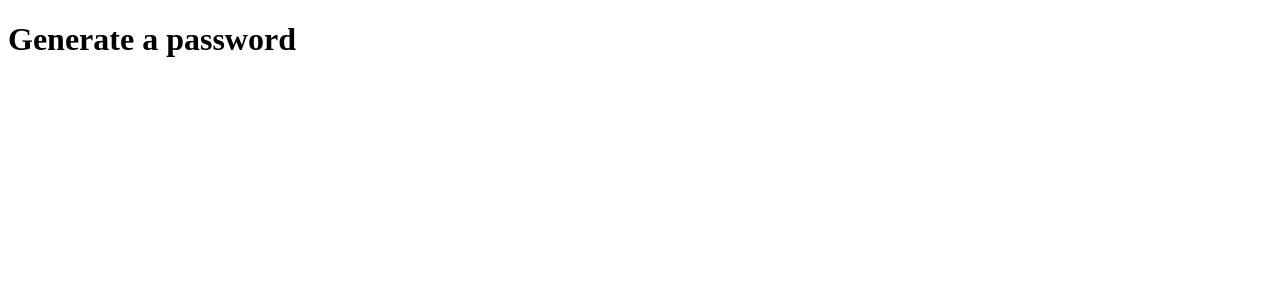
Repository: YAAMAR/password-generator
Page: Random password/index.html
The author's editor kept a copy of each file at every save. The page is drawn from the files as they stood at one save, then again after a run of saves.
The browser window is 1280 px wide. The pictures show the whole page.

Above is the page before, as saved 2024-05-02 18:47:12.

### Random password/index.html
<!DOCTYPE html>
<html lang="en">
<head>
    <meta charset="UTF-8">
    <meta name="viewport" content="width=device-width, initial-scale=1.0">
    <title>Random Password Generator-Easy Tutorials</title>
    <link rel="stylesheet" href="style.css">
</head>
<body>
    <div class="container">
        <h1>Generate a password</h1>
    </div>
</body>
</html>

Loaded but not shown: Random password/style.css (no stored copy; drawn as an empty file)

After the next 2 saves:
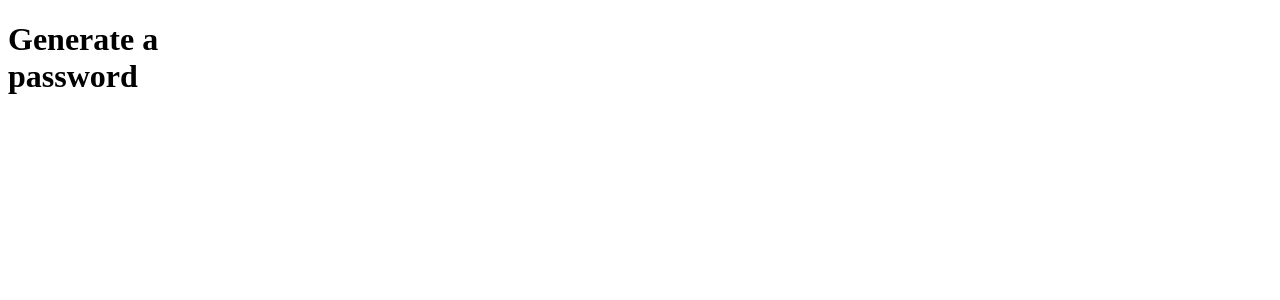
The 2 saves are shown as one change because they came seconds apart.
The last was saved 24 s later.
--- a/Random password/index.html
+++ b/Random password/index.html
@@ -8,7 +8,7 @@
 </head>
 <body>
     <div class="container">
-        <h1>Generate a password</h1>
+        <h1>Generate a <br>password</h1>
     </div>
 </body>
 </html>
